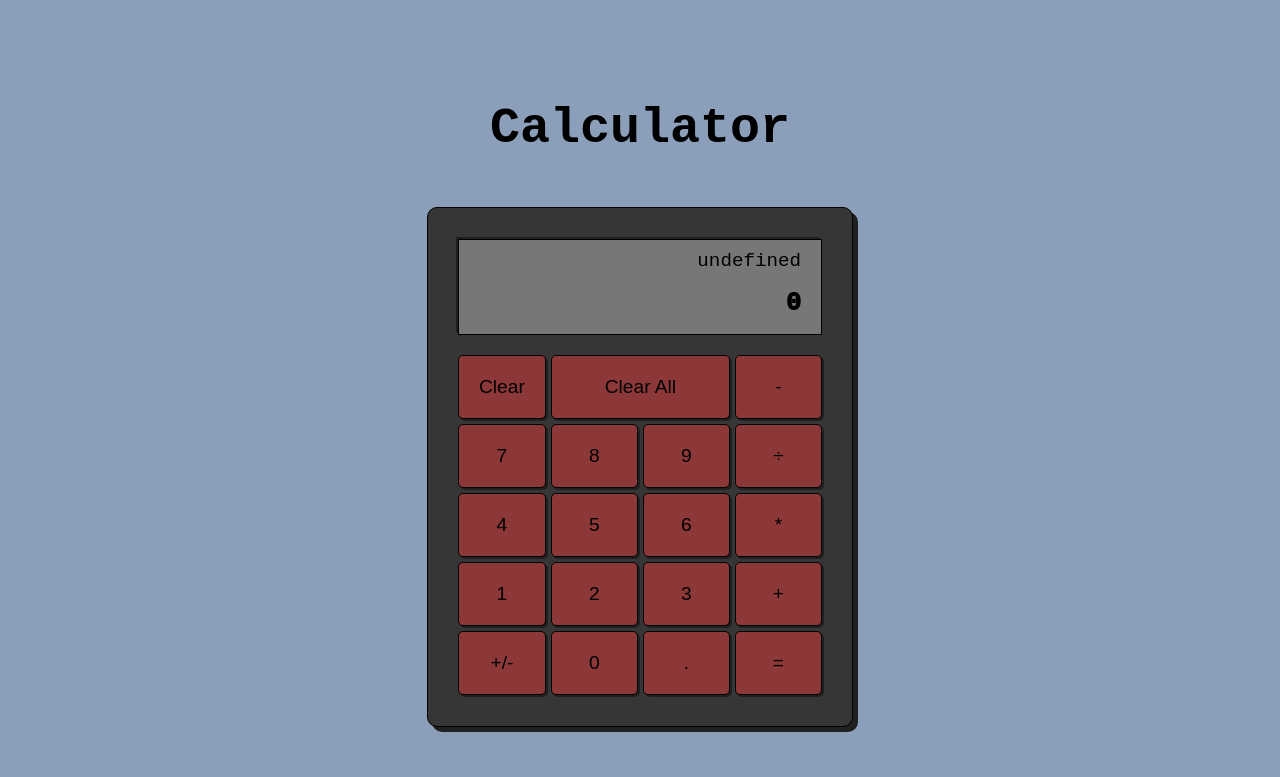
Repository: destonedbob/odinproject-calculator
Page: index.html
These files come from the project's save history. The page is drawn as it stood at one moment and after the next save; the edit follows.
The browser window is 1280 px wide. The pictures show the whole page.
After loading, the first visible `#clearAll` was clicked once.

Above is the page before, as saved 2024-05-22 00:16:46.

After the next save:
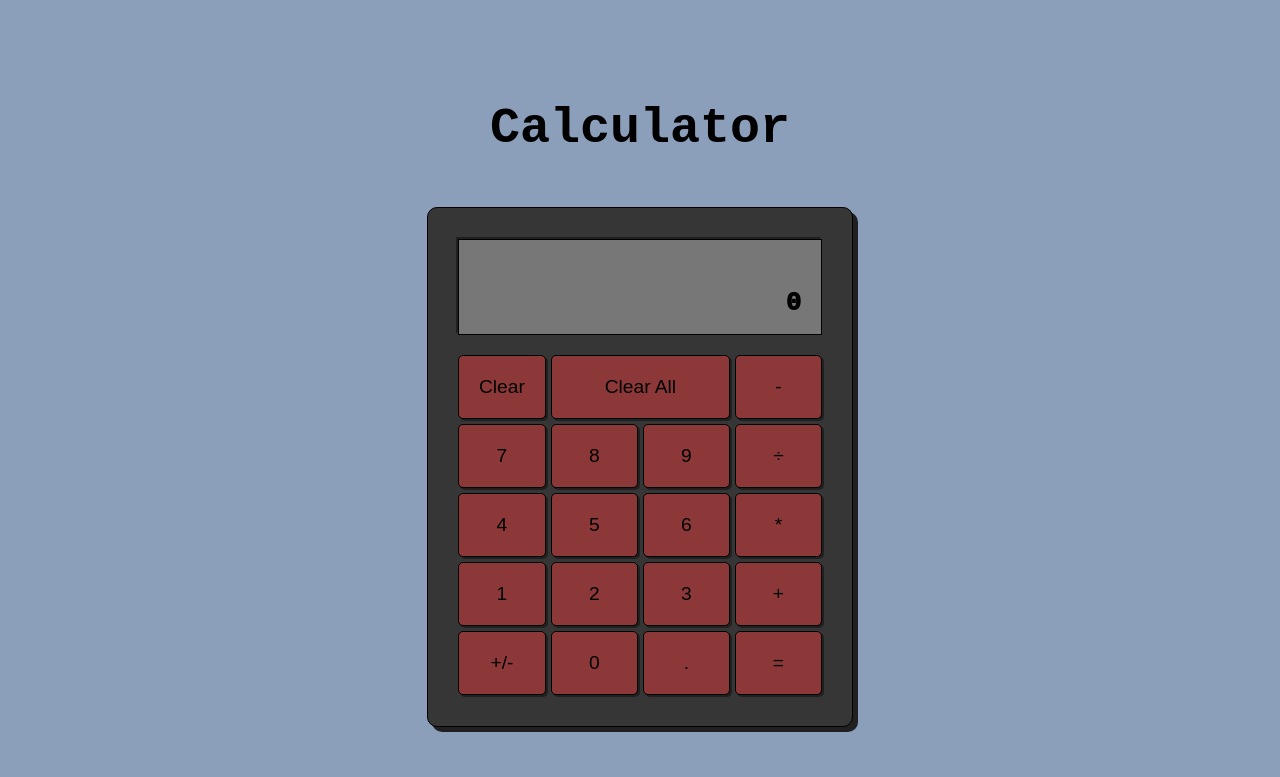
Saved 42 s later.
--- a/script.js
+++ b/script.js
@@ -24,7 +24,7 @@ function updateDisplay(updateNumber) {
 
 function updateSubdisplay(updateText, operatorSymbol) {
     console.log(operatorSymbol)
-    if (operatorSymbol === null) {
+    if (operatorSymbol === undefined) {
         console.log(updateText)
         subdisplayScreen.textContent = String(updateText);
     }
